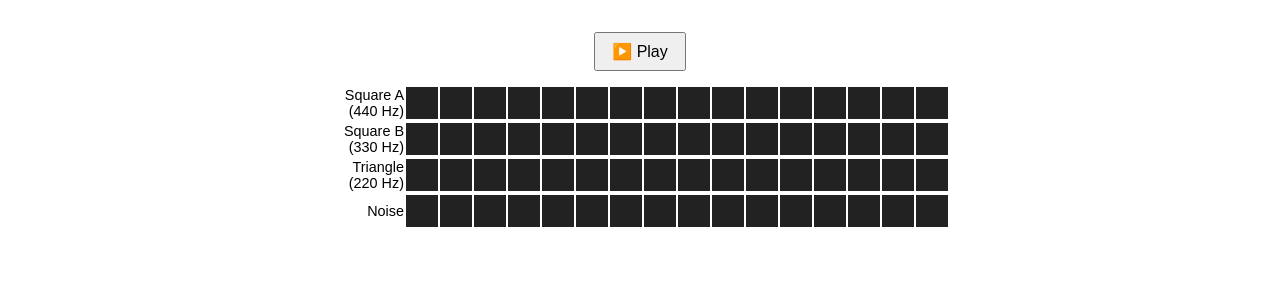
Repository: Aldentec/8-bit-Composer
Page: index.html
An editor plug-in stored every save of this project. The page is shown before and after the next save, followed by the edit.
The browser window is 1280 px wide. The pictures show the whole page.
Some web libraries are served in a nearby version.

Above is the page before, as saved 2025-05-27 18:15:04.

### index.html
<!DOCTYPE html>
<html lang="en">
<head>
  <meta charset="UTF-8">
  <title>Modular 8-Bit Sequencer</title>
  <link rel="stylesheet" href="style.css">
</head>
<body>
  <div id="controls">
    <button id="play">▶️ Play</button>
  </div>
  <div id="grid"></div>

  <!-- Tone.js as global, then our modules -->
  <script src="node_modules/tone/build/Tone.js"></script>
  <script type="module" src="js/main.js"></script>
</body>
</html>

### style.css
body {
  font-family: sans-serif;
  margin: 2rem;
  text-align: center;
}

/* 1) Make the overall grid a vertical stack of rows */
#grid {
  display: flex;
  flex-direction: column;
  gap: 4px;
  margin-top: 1rem;
  align-items: center; /* center rows horizontally */
}

/* 2) Each row is itself a grid: [label][cell×16] */
.grid-row {
  display: grid;
  grid-template-columns: 4.5rem repeat(16, 2rem);
  gap: 2px;
  align-items: center;
}

/* 3) Label column styling */
.row-label {
  text-align: right;
  font-size: 0.9rem;
  user-select: none;
}

/* 4) Your cell styles */
.cell {
  width: 2rem;
  height: 2rem;
  background: #222;
  cursor: pointer;
}
.cell.active {
  background: #4caf50;
}

/* 5) Play button */
button {
  padding: 0.5rem 1rem;
  font-size: 1rem;
}

### js/main.js
import { initGrid }               from './grid.js';
import { createVoices }           from './voices.js';
import { initSequencer, bindPlayButton } from './sequencer.js';

document.addEventListener('DOMContentLoaded', () => {
  // 1) instrument names (one per row)
  const instrumentNames = [
    'Square A (440 Hz)',
    'Square B (330 Hz)',
    'Triangle (220 Hz)',
    'Noise'
  ];

  // 2) draw the labeled grid
  initGrid('grid', instrumentNames);

  // 3) build voices and sequencer
  const voices = createVoices();
  initSequencer(voices, 120);

  // 4) wire up Play/Pause
  bindPlayButton('play');
});

### js/grid.js
// js/grid.js
export const STEPS    = 16;
export const CHANNELS = 4;

export const gridState = Array.from(
  { length: CHANNELS },
  () => Array(STEPS).fill(false)
);

export function initGrid(containerId, instrumentNames = []) {
  const container = document.getElementById(containerId);
  container.innerHTML = '';

  for (let row = 0; row < CHANNELS; row++) {
    // create a row wrapper
    const rowEl = document.createElement('div');
    rowEl.className = 'grid-row';

    // 1) label cell
    const label = document.createElement('div');
    label.className = 'row-label';
    label.textContent = instrumentNames[row] || '';
    rowEl.append(label);

    // 2) sixteen step-cells
    for (let step = 0; step < STEPS; step++) {
      const cell = document.createElement('div');
      cell.className = 'cell';
      cell.dataset.row  = row;
      cell.dataset.step = step;
      cell.addEventListener('click', () => {
        gridState[row][step] = !gridState[row][step];
        cell.classList.toggle('active', gridState[row][step]);
      });
      rowEl.append(cell);
    }

    container.append(rowEl);
  }
}

### js/voices.js
/**
 * Returns an array of trigger-functions
 * in the same order as your rows.
 */
export function createVoices() {
  const osc1 = new Tone.Oscillator(440, 'square').toDestination();
  const osc2 = new Tone.Oscillator(330, 'square').toDestination();
  const osc3 = new Tone.Oscillator(220, 'triangle').toDestination();
  const noise = new Tone.NoiseSynth({
    noise:    { type: 'white' },
    envelope: { attack: 0.001, decay: 0.2, sustain: 0 }
  }).toDestination();

  return [
    time => { osc1.start(time); osc1.stop(time + 0.1); },
    time => { osc2.start(time); osc2.stop(time + 0.1); },
    time => { osc3.start(time); osc3.stop(time + 0.1); },
    time => { noise.triggerAttackRelease('16n', time); }
  ];
}

### js/sequencer.js
import { STEPS, gridState } from './grid.js';

export function initSequencer(voices, bpm = 120) {
  let cursor = 0;
  Tone.Transport.bpm.value = bpm;

  Tone.Transport.scheduleRepeat((time) => {
    const step = cursor % STEPS;
    voices.forEach((trigger, row) => {
      if (gridState[row][step]) trigger(time);
    });
    cursor++;
  }, '16n');
}

export function bindPlayButton(buttonId) {
  const btn = document.getElementById(buttonId);
  btn.textContent = '▶️ Play';
  btn.addEventListener('click', async () => {
    await Tone.start();
    if (Tone.Transport.state === 'started') {
      Tone.Transport.stop();
      btn.textContent = '▶️ Play';
    } else {
      Tone.Transport.start();
      btn.textContent = '⏸️ Pause';
    }
  });
}

After the next save:
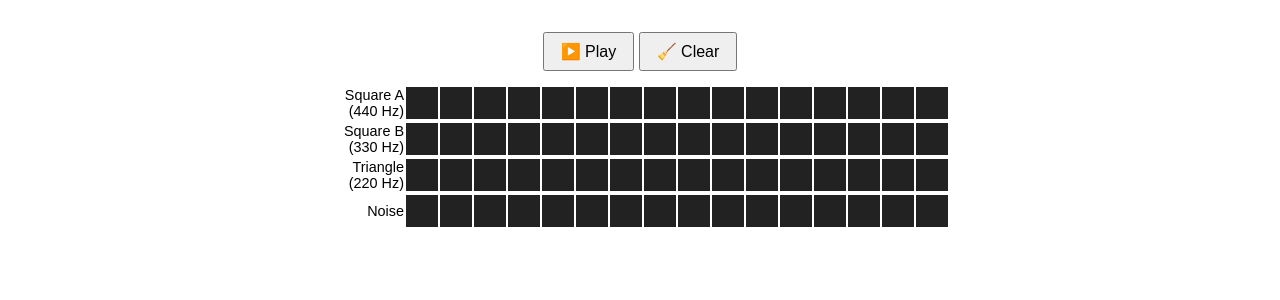
Saved 14 h 24 min later.
--- a/index.html
+++ b/index.html
@@ -8,7 +8,9 @@
 <body>
   <div id="controls">
     <button id="play">▶️ Play</button>
+    <button id="clear">🧹 Clear</button>
   </div>
+
   <div id="grid"></div>
 
   <!-- Tone.js as global, then our modules -->
